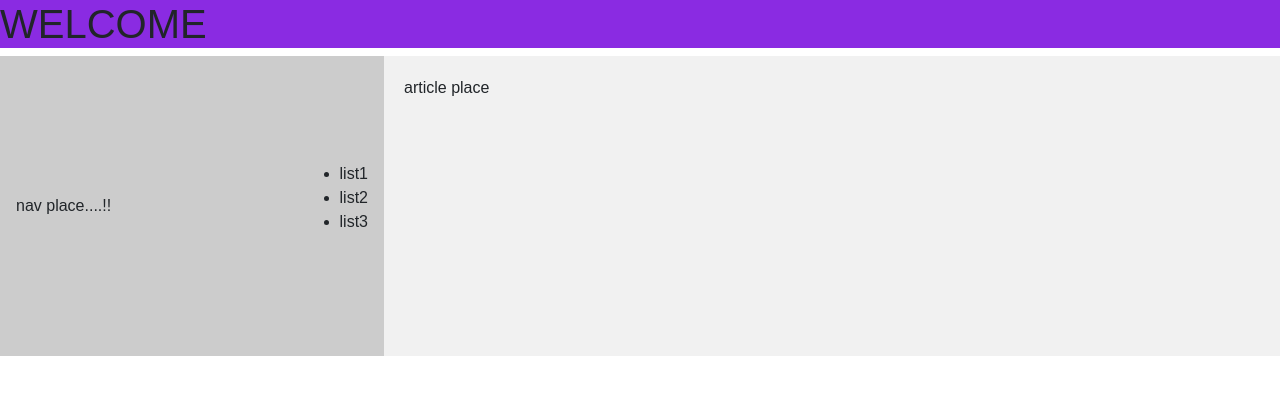
Repository: idrice24/IDRICE24-DASHBOARD
Page: html/header.html
An editor plug-in stored every save of this project. The page is shown before and after the next save, followed by the edit.
The browser window is 1280 px wide. The pictures show the whole page.

Above is the page before, as saved 2020-09-03 22:59:39.

After the next save:
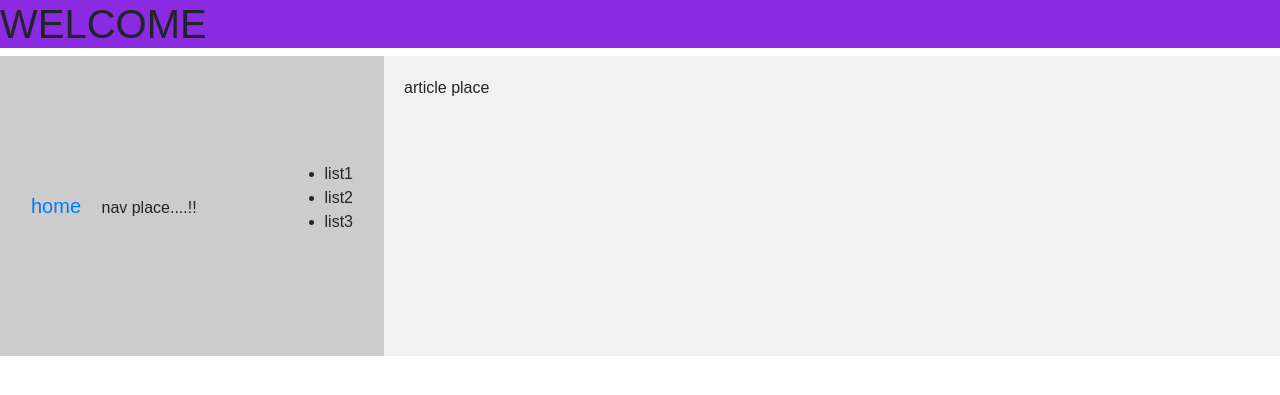
Saved 3 min 28 s later.
--- a/html/header.html
+++ b/html/header.html
@@ -14,12 +14,16 @@
 <body>
     <h1>WELCOME</h1>
     <section>
-        <nav class="navbar navbar-default">nav place....!!
-            <ul>
-                <li>list1</li>
-                <li>list2</li>
-                <li>list3</li>
-            </ul>
+        <nav class="navbar navbar-default">
+            <div class="container-fluid">
+                <div class="navbar-header">
+                    <a class="navbar-brand" href="#">home</a> nav place....!!
+                </div>
+                <ul>
+                    <li>list1</li>
+                    <li>list2</li>
+                    <li>list3</li>
+                </ul>
         </nav>
         <article>article place</article>
     </section>
